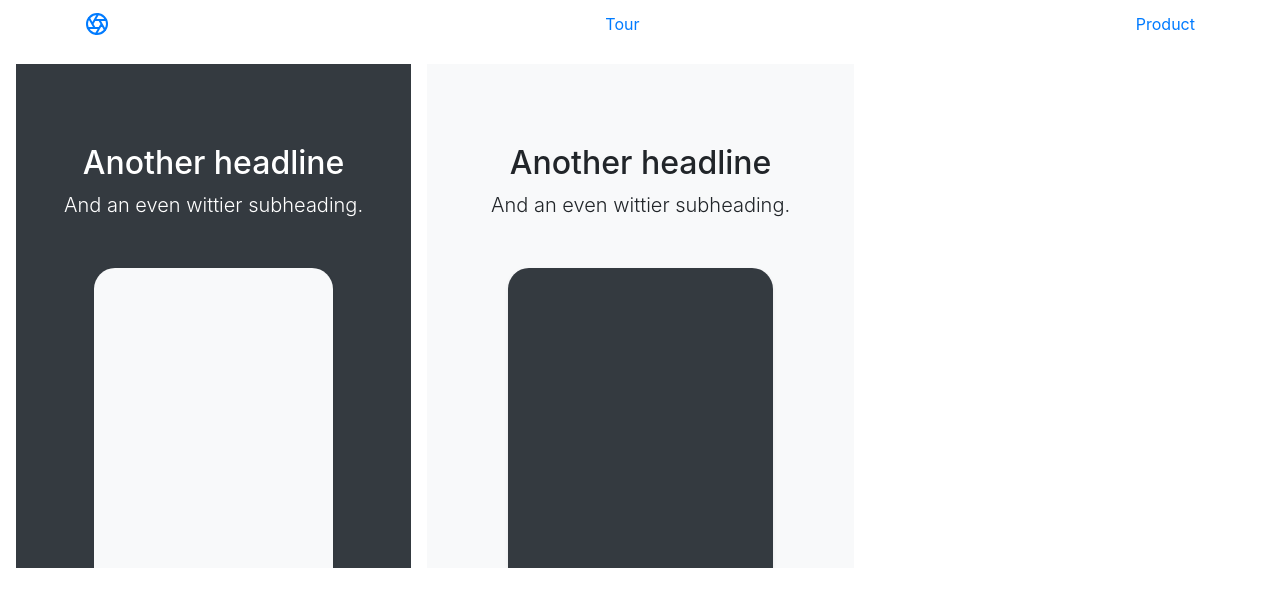
Repository: mapp1990/pasarela
Page: http://localhost/producto
These files come from the project's save history. The page is drawn as it stood at one moment and after the next save; the edit follows.
The browser window is 1280 px wide. The pictures show the whole page.
The page is served by the project's Laravel application, run on PHP 8.4 with Laravel 9.

Above is the page before, as saved 2022-05-27 17:31:24.

After the next save:
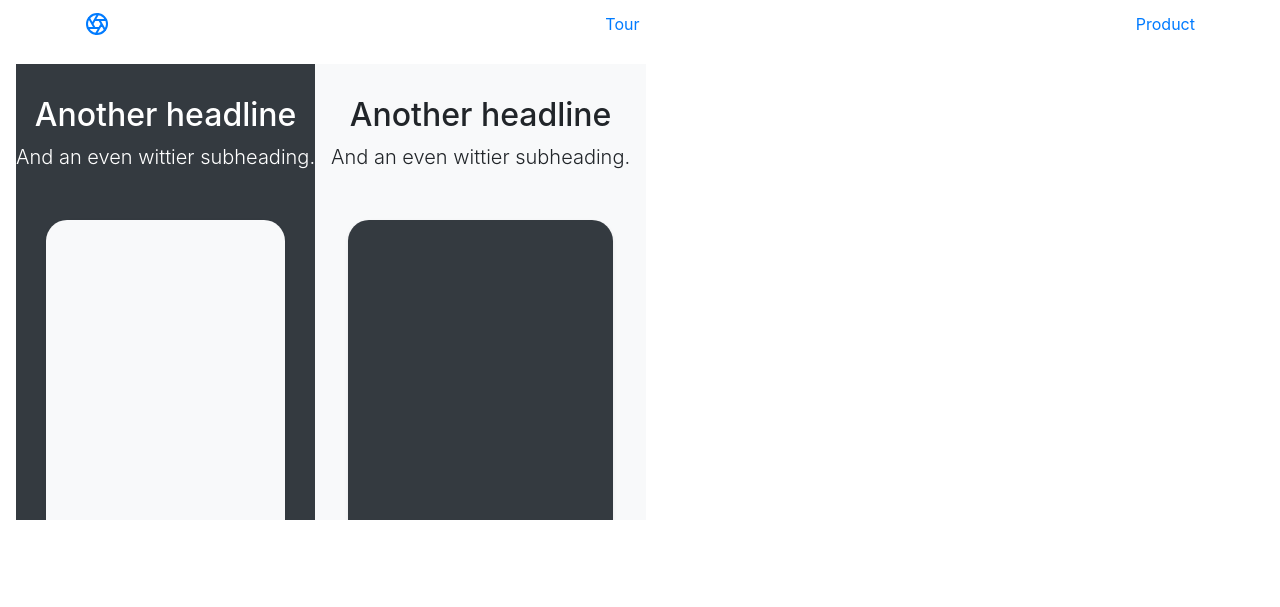
Saved 52 s later.
--- a/resources/views/productos.blade.php
+++ b/resources/views/productos.blade.php
@@ -18,14 +18,14 @@
     </nav>
 
     <div class="d-md-flex flex-md-equal w-100 my-md-3 pl-md-3">
-        <div class="bg-dark mr-md-3 pt-3 px-3 pt-md-5 px-md-5 text-center text-white overflow-hidden">
+        <div class="bg-dark mr-md-6 pt-6 px-6 pt-md-6 px-md-6 text-center text-white overflow-hidden">
             <div class="my-3 py-3">
             <h2 class="display-5">Another headline</h2>
             <p class="lead">And an even wittier subheading.</p>
             </div>
             <div class="bg-light shadow-sm mx-auto" style="width: 80%; height: 300px; border-radius: 21px 21px 0 0;"></div>
         </div>
-        <div class="bg-light mr-md-3 pt-3 px-3 pt-md-5 px-md-5 text-center overflow-hidden">
+        <div class="bg-light mr-md-6 pt-6 px-6 pt-md-6 px-md-6 text-center overflow-hidden">
             <div class="my-3 p-3">
             <h2 class="display-5">Another headline</h2>
             <p class="lead">And an even wittier subheading.</p>

After the save that followed:
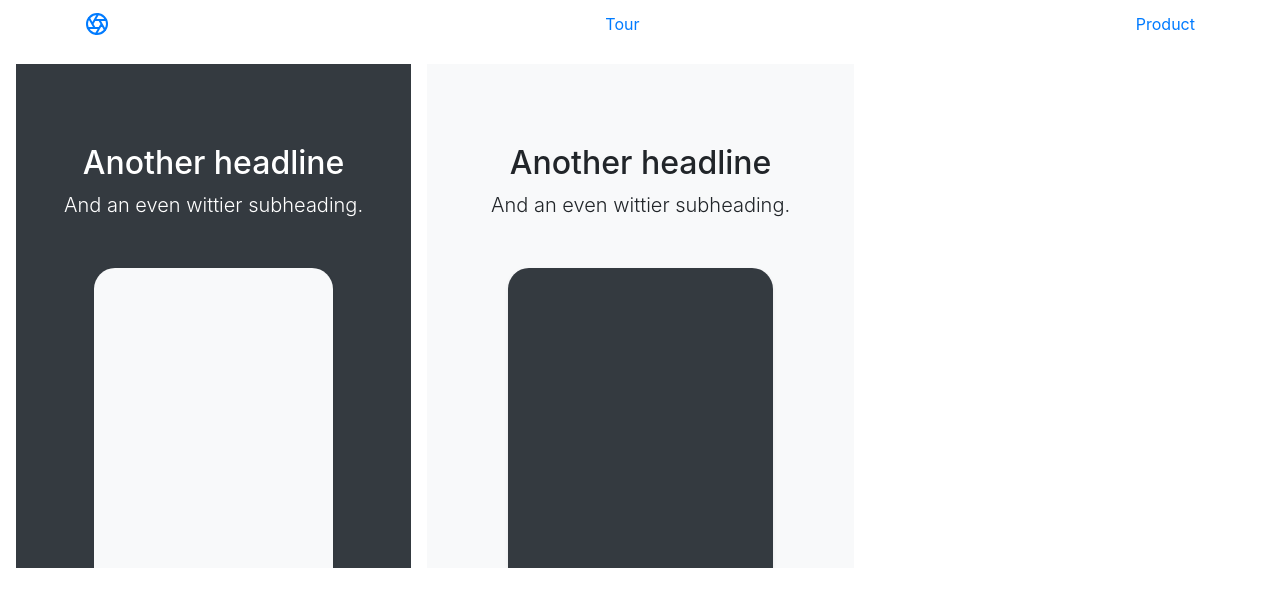
Saved 35 s later.
--- a/resources/views/productos.blade.php
+++ b/resources/views/productos.blade.php
@@ -18,14 +18,14 @@
     </nav>
 
     <div class="d-md-flex flex-md-equal w-100 my-md-3 pl-md-3">
-        <div class="bg-dark mr-md-6 pt-6 px-6 pt-md-6 px-md-6 text-center text-white overflow-hidden">
+        <div class="bg-dark mr-md-3 pt-3 px-3 pt-md-5 px-md-5 text-center text-white overflow-hidden">
             <div class="my-3 py-3">
             <h2 class="display-5">Another headline</h2>
             <p class="lead">And an even wittier subheading.</p>
             </div>
             <div class="bg-light shadow-sm mx-auto" style="width: 80%; height: 300px; border-radius: 21px 21px 0 0;"></div>
         </div>
-        <div class="bg-light mr-md-6 pt-6 px-6 pt-md-6 px-md-6 text-center overflow-hidden">
+        <div class="bg-light mr-md-3 pt-3 px-3 pt-md-5 px-md-5 text-center overflow-hidden">
             <div class="my-3 p-3">
             <h2 class="display-5">Another headline</h2>
             <p class="lead">And an even wittier subheading.</p>
